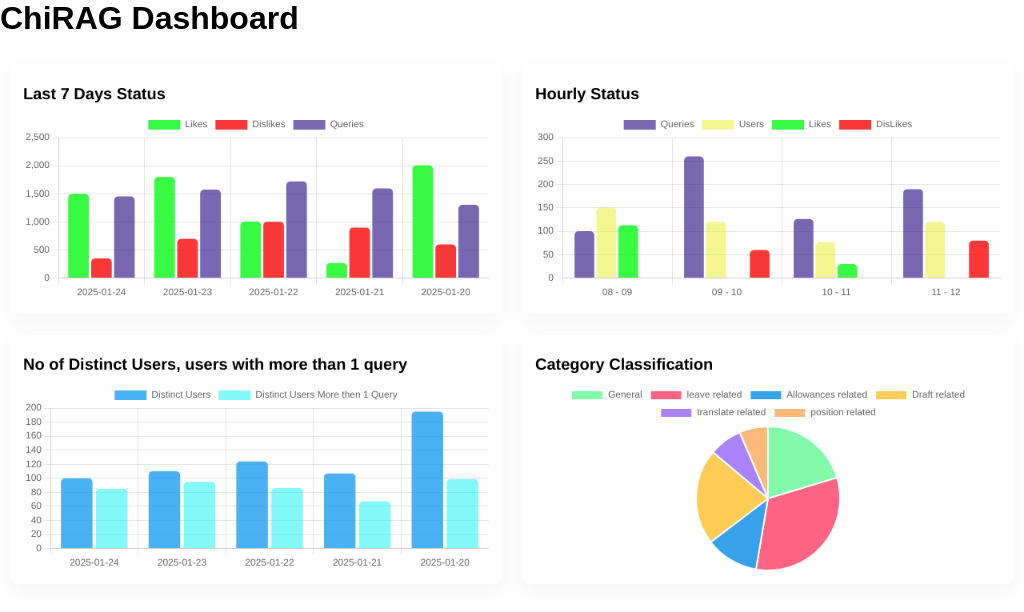
Repository: NAGARAJ-DEVELOPER/Dashboard
Page: /
These files come from the project's save history. The page is drawn as it stood at one moment and after the next save; the edit follows.
The browser window is 1280 px wide. The pictures show the whole page, at 80% of full size.
The project was rebuilt for these pictures with package versions that can differ from the ones it lists, and the page was loaded fresh each time. Also part of the build but not shown: vite.config.js.

Above is the page before, as saved 2025-02-16 15:56:54.

After the next save:
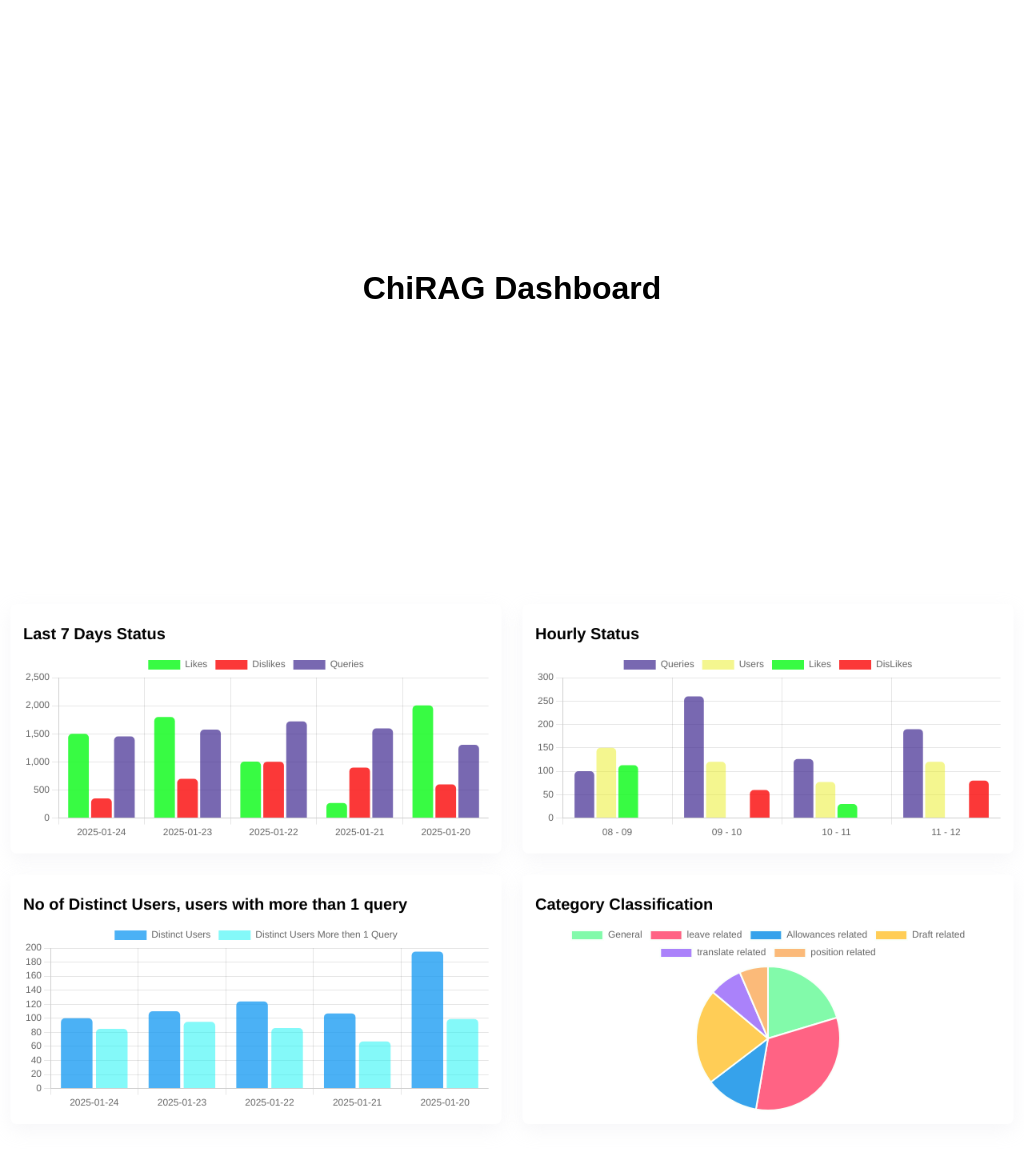
Saved 66 s later.
--- a/src/App.css
+++ b/src/App.css
@@ -13,8 +13,10 @@
 }
 .HeaderStyle{
   font-size: 20px;
-  align-items: center;
-  align-content: center;
+  display: flex;
+  justify-content: center; /* Horizontal alignment */
+  align-items: center; /* Vertical alignment */
+  height: 100vh; /* Full viewport height */
 }
 .dotted {
   border-top: 20px dotted #0a0a0a;
